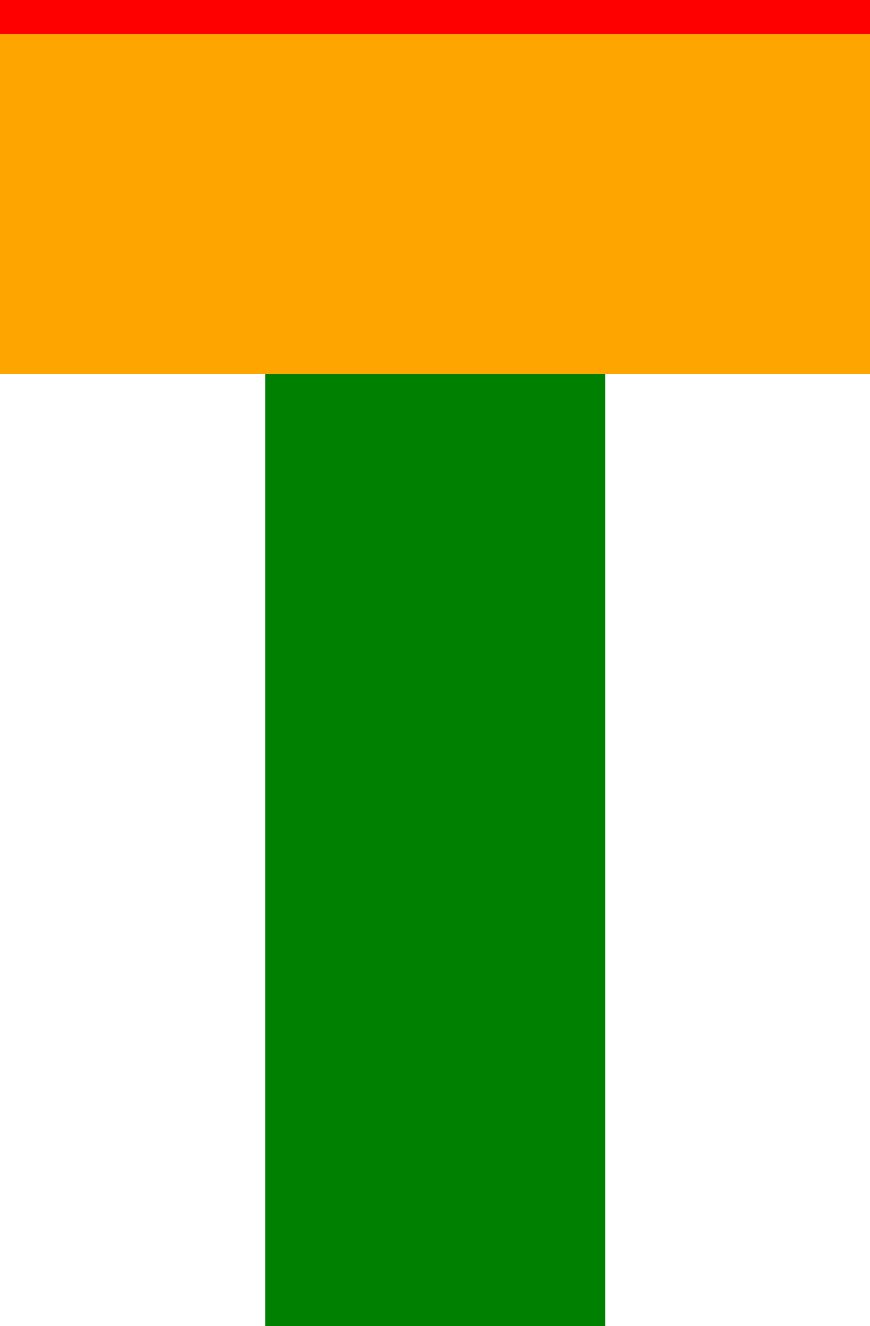
Repository: matsumurashin/flex
Page: chapter4-exercise/chap4.html
The author's editor kept a record of every edit. The page is drawn from the files as they stood at one moment, then again after the next edit.
The browser window is 1280 px wide. The pictures show the whole page, at 68% of full size.

Above is the page before.

After the next edit:
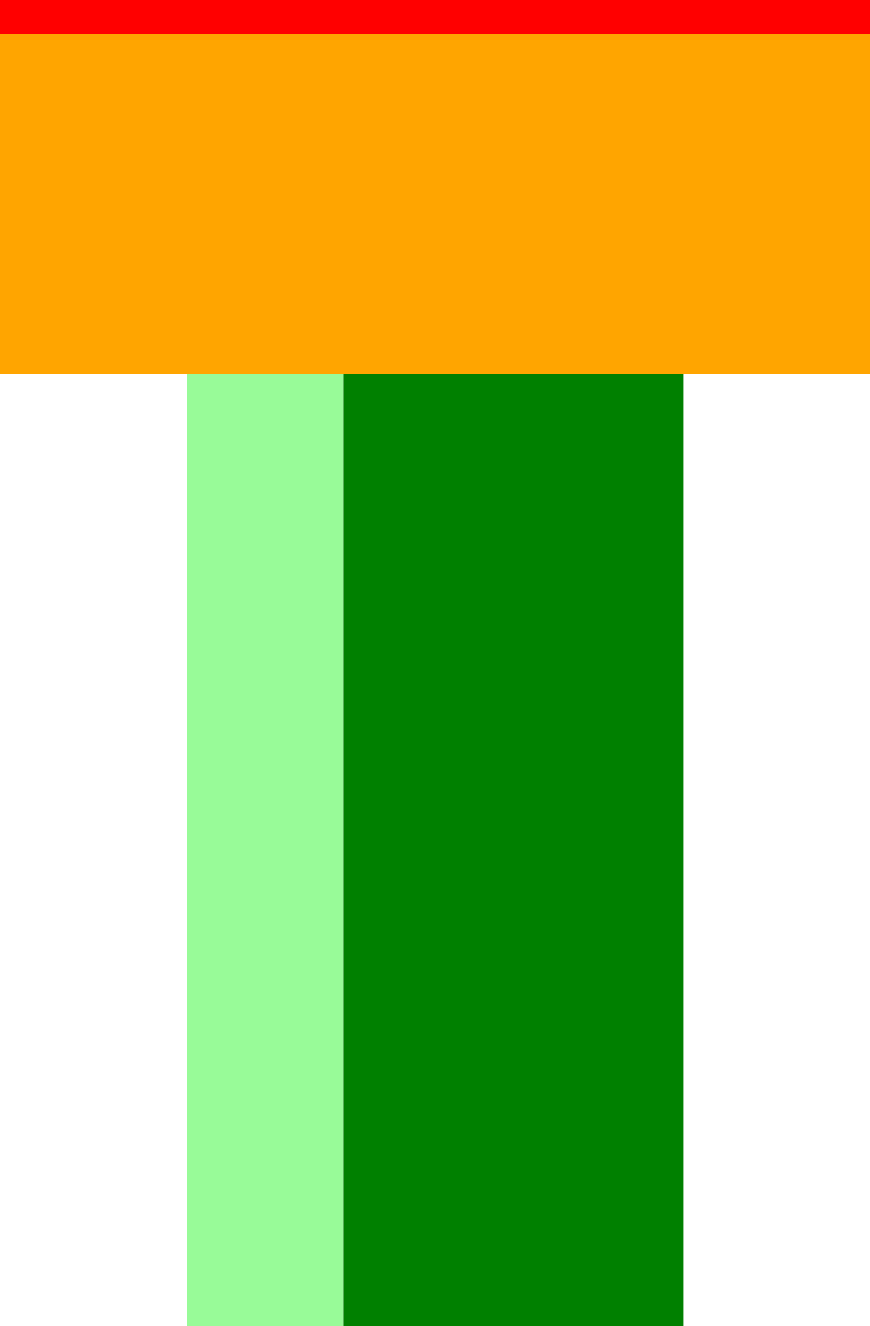
The edit:
--- a/chapter4-exercise/chap4.css
+++ b/chapter4-exercise/chap4.css
@@ -23,7 +23,7 @@
   justify-content: center;
 }
 
-.main-left {
+.sidebar-left {
   width: 230px;
   height: 1400px;
   background-color: palegreen;
